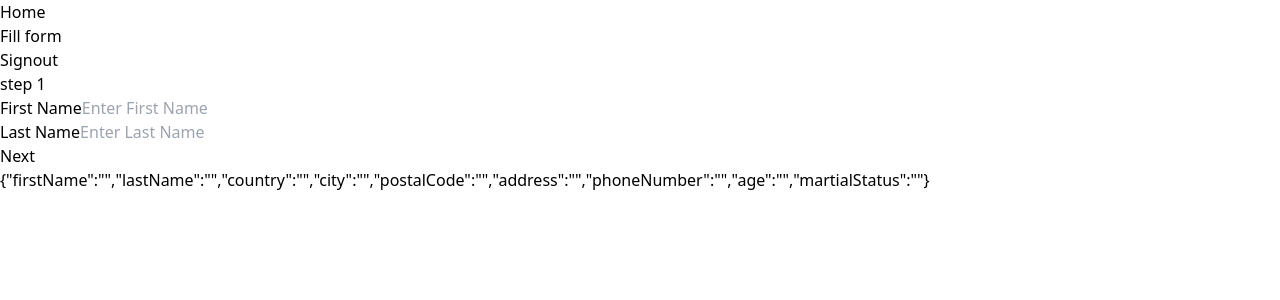
Repository: mk694/stepperForm
Page: /form
These files come from the project's save history. The page is drawn as it stood at one moment and after the next save; the edit follows.
The browser window is 1280 px wide. The pictures show the whole page.
The project was rebuilt for these pictures with package versions that can differ from the ones it lists, and the page was loaded fresh each time. The framework's server and built-in components were replaced by stand-ins that run in the browser. Also part of the build but not shown: next.config.js, firebase/config.js, components/stepper/confirmation.component.js, components/stepper/step2.component.js, components/stepper/step3.component.js.

Above is the page before, as saved 2022-04-29 01:52:27.

### pages/_app.js
import Layout from "../layout/layout";
import "../styles/globals.css";
import { store } from "../redux/store.js";
// import { AuthContext } from "../authContext/AuthContext";

function MyApp({ Component, pageProps }) {
  return (
    // <AuthContext>
    <Layout>
      <Component {...pageProps} />
    </Layout>
    // </AuthContext>
  );
}

export default MyApp;

### pages/form.js
import { useEffect, useState } from "react";
import Confirmation from "../components/stepper/confirmation.component";
import Step1 from "../components/stepper/step1.component";
import Step2 from "../components/stepper/step2.component";
import Step3 from "../components/stepper/step3.component";

export default function form() {
  const [step, setStep] = useState(0);

  let prevStep = () => {
    let stepValue = step;
    setStep(stepValue - 1);
  };
  let nextStep = () => {
    let stepValue = step;
    setStep(stepValue + 1);
  };
  let handleChange = (input) => (e) => {
    setData({ ...values, [input]: e.target.value });
  };

  const [data, setData] = useState({
    firstName: "",
    lastName: "",
    country: "",
    city: "",
    postalCode: "",
    address: "",
    phoneNumber: "",
    age: "",
    martialStatus: "",
    // creditCardNumber: "",
    // cvc: "",
    // expDate: "",
  });

  const values = {
    firstName: data.firstName,
    lastName: data.lastName,
    country: data.country,
    city: data.city,
    postalCode: data.postalCode,
    address: data.address,
    age: data.age,
    martialStatus: data.martialStatus,
    phoneNumber: data.phoneNumber,
    // creditCardNumber: data.creditCardNumber,
    // cvc: data.cvc,
    // expDate: data.expDate,
  };

  switch (step) {
    case 0:
      return (
        <>
          <Step1
            values={values}
            handleChange={handleChange}
            nextStep={nextStep}
          />
          {JSON.stringify(data)}
        </>
      );
    case 1:
      return (
        <>
          <Step2
            values={values}
            handleChange={handleChange}
            prevStep={prevStep}
            nextStep={nextStep}
          />
          {JSON.stringify(data)}
        </>
      );
    case 2:
      return (
        <>
          <Step3
            values={values}
            handleChange={handleChange}
            prevStep={prevStep}
            nextStep={nextStep}
          />
          {JSON.stringify(data)}
        </>
      );
    default:
      return (
        <>
          {" "}
          <Confirmation
            values={values}
            handleChange={handleChange}
            prevStep={prevStep}
            nextStep={nextStep}
          />
        </>
      );
  }
}

### layout/layout.js
import Header from "./header/header.component";

function layout({ children }) {
  return (
    <>
      <Header />
      {children}
    </>
  );
}

export default layout;

### redux/store.js
import { configureStore } from "@reduxjs/toolkit";
import userSlice from "./features/userSlice";

export const store = configureStore({
  reducer: {
    user: userSlice,
  },
});

### components/stepper/step1.component.js
export default function Step1({ nextStep, handleChange, values }) {
  const Continue = (e) => {
    e.preventDefault();
    nextStep();
  };
  return (
    <section>
      <h1 className="text-center text-4xl uppercase font-bold p-10">step 1</h1>
      <div className="flex justify-center w-full">
        <div className="mb-4">
          <div className="mb-6">
            <label
              className="block text-gray-700 text-sm font-bold mb-2"
              htmlFor="firstName"
            >
              First Name
            </label>
            <input
              className="shadow appearance-none border rounded w-full py-2 px-3
                 text-gray-700 leading-tight focus:outline-none focus:shadow-outline"
              id="country"
              type="text"
              placeholder="Enter First Name"
              onChange={handleChange("firstName")}
              defaultValue={values.firstName}
            />
          </div>
          <div className="mb-6">
            <label
              className="block text-gray-700 text-sm font-bold mb-2"
              htmlFor="lastName"
            >
              Last Name
            </label>
            <input
              className="shadow appearance-none border rounded w-full py-2 px-3
                 text-gray-700 leading-tight focus:outline-none focus:shadow-outline"
              id="country"
              type="text"
              placeholder="Enter Last Name"
              onChange={handleChange("lastName")}
              defaultValue={values.lastName}
            />
          </div>
          <button
            className="bg-green-500 w-full py-2 my-4 text-white rounded-md"
            onClick={Continue}
          >
            Next
          </button>
        </div>
      </div>
    </section>
  );
}

### layout/header/header.component.js
import Link from "next/link";
import { useState, useEffect } from "react";

function header() {
  // const [isLoggedIn, setIsLoggedIn] = useState(false);

  // useEffect(() => {
  //   const uid = JSON.parse(localStorage.getItem("user"));
  //   if (uid !== null) {
  //     setIsLoggedIn(true);
  //   }
  // }, []);
  return (
    <>
      <nav className="bg-gray-600  text-slate-100 border-gray-200 px-2 sm:px-4 py-2.5 rounded  dark:bg-gray-800">
        <div className="container flex flex-wrap justify-around items-center mx-auto">
          <div className="bg-slate-800 px-2 py-1 rounded hover:bg-orange-800 mx-9 ">
            <Link href="/">
              <a className="">Home</a>
            </Link>
          </div>
          <div>
            <Link href="/form">
              <a className="bg-slate-800  text-slate-50 px-2 py-1 rounded hover:bg-orange-500 ">
                Fill form
              </a>
            </Link>
          </div>
          {/* {isLoggedIn && ( */}
          <div className="flex ">
            <div>
              <Link href="/logout">
                <a className="bg-slate-800 px-2 py-1 rounded hover:bg-red-600 ml-2">
                  Signout
                </a>
              </Link>
            </div>
          </div>
          {/* )} */}
        </div>
      </nav>
    </>
  );
}

export default header;

### redux/features/userSlice.js
import { createSlice } from "@reduxjs/toolkit";

const userSlice = createSlice({
  name: "user",
  initialState: {
    isAuth: false,
    error: "12323",
  },
  reducers: {
    loginSuccess: (state, { payload }) => {
      state.isAuth = true;
    },
    loginFail: (state, { payload }) => {
      state.isAuth = false;
      state.error = action.payload;
    },
  },
});

export const { login, logout } = userSlice.actions;
export default userSlice.reducer;

Loaded but not shown: styles/globals.css (common file)

After the next save:
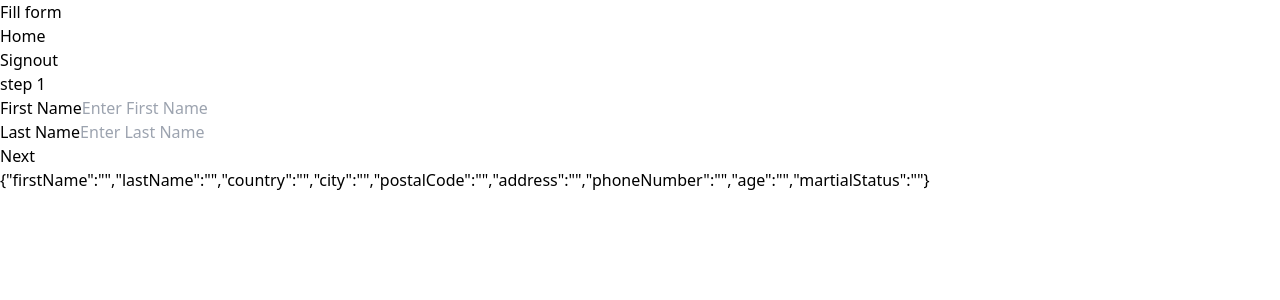
Saved 41 s later.
--- a/layout/header/header.component.js
+++ b/layout/header/header.component.js
@@ -14,16 +14,16 @@ function header() {
     <>
       <nav className="bg-gray-600  text-slate-100 border-gray-200 px-2 sm:px-4 py-2.5 rounded  dark:bg-gray-800">
         <div className="container flex flex-wrap justify-around items-center mx-auto">
-          <div className="bg-slate-800 px-2 py-1 rounded hover:bg-orange-800 mx-9 ">
-            <Link href="/">
-              <a className="">Home</a>
-            </Link>
-          </div>
           <div>
             <Link href="/form">
               <a className="bg-slate-800  text-slate-50 px-2 py-1 rounded hover:bg-orange-500 ">
                 Fill form
               </a>
+            </Link>
+          </div>
+          <div className="bg-slate-800 px-2 py-1 rounded hover:bg-orange-800 mx-9 ">
+            <Link href="/">
+              <a className="">Home</a>
             </Link>
           </div>
           {/* {isLoggedIn && ( */}
